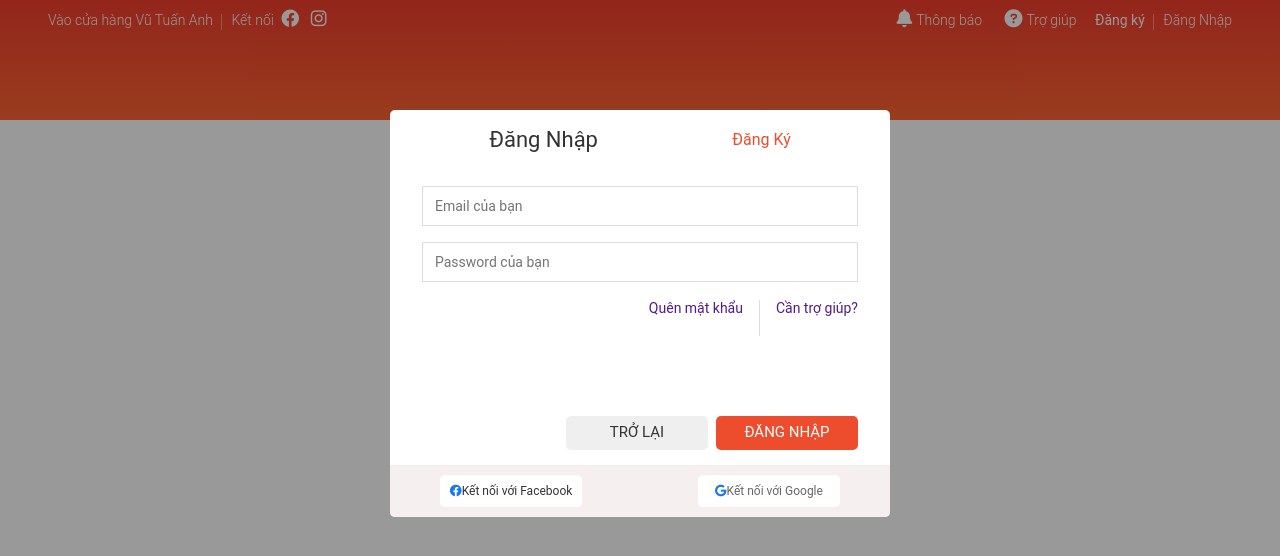
Repository: VuTuanAnh0949/Shopee
Page: index.html
The author's editor kept a copy of each file at every save. The page is drawn from the files as they stood at one save, then again after the next save.
The browser window is 1280 px wide. The pictures show the whole page.

Above is the page before, as saved 2022-02-16 16:00:17.

After the next save:
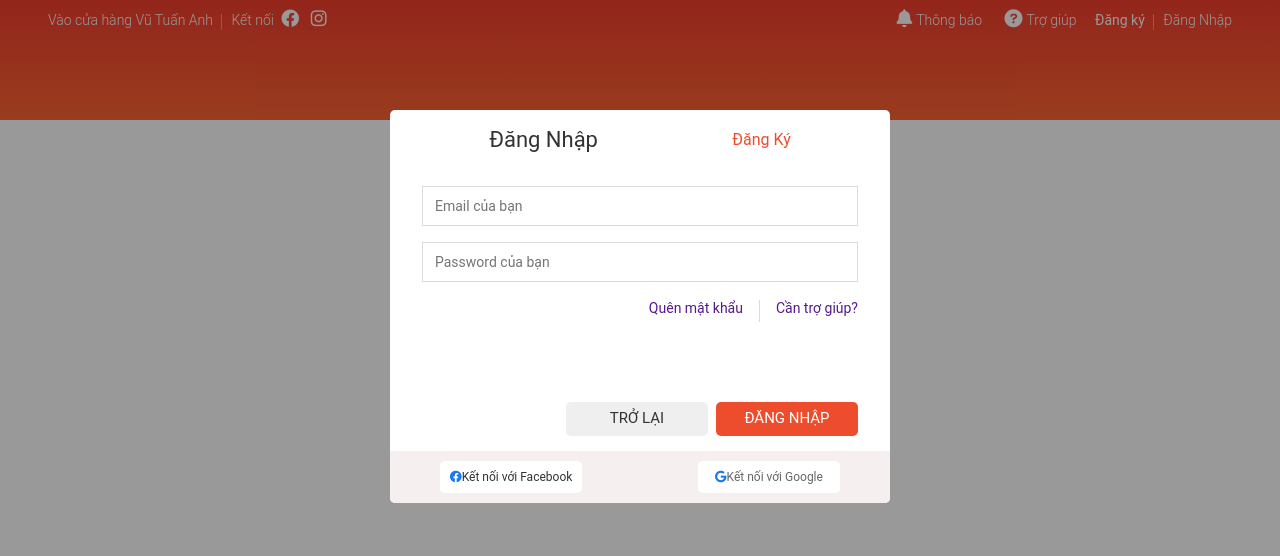
Saved 17 s later.
--- a/assets/css/main.css
+++ b/assets/css/main.css
@@ -323,7 +323,7 @@ justify-content: flex-end;
 }
 .auth-form__help-separate{
   display: flex;
-  height: 36px;
+  height: 22px;
   margin: 0 16px;
   border-left: 1px solid var(--border-color);
 
